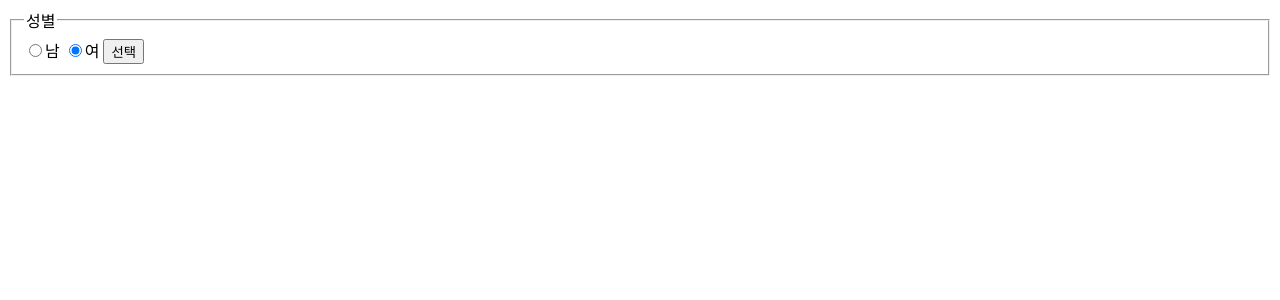
Repository: sunday1284/03_Web
Page: WebPro/src/main/webapp/1028/rdo_chk.html
An editor plug-in stored every save of this project. The page is shown before and after the next save, followed by the edit.
The browser window is 1280 px wide. The pictures show the whole page.

Above is the page before, as saved 2024-10-29 05:16:55.

After the next save:
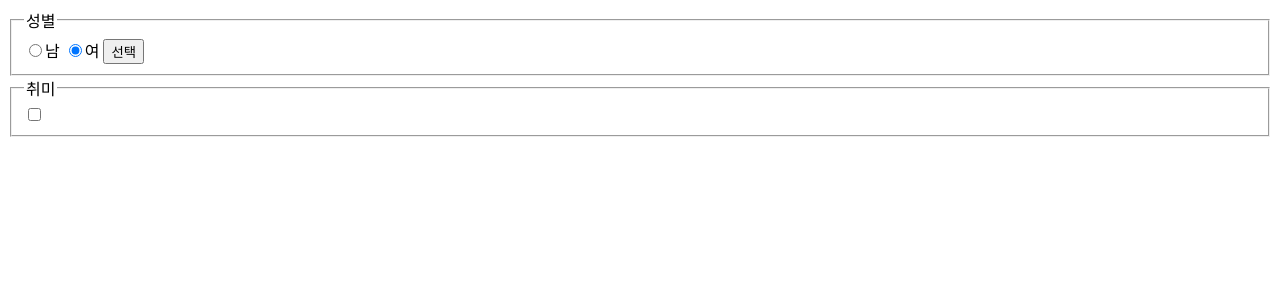
Saved 4 min 7 s later.
--- a/WebPro/src/main/webapp/1028/rdo_chk.html
+++ b/WebPro/src/main/webapp/1028/rdo_chk.html
@@ -11,7 +11,10 @@
 		<input type="radio" name="gender" value="female" checked>여
 		<input type="button" value="선택" onclick="chkRdo()">
 	</fieldset>
-
+	<fieldset>
+		<legend>취미</legend>
+		<input type = "checkbox">
+	</fieldset>
 	<script>
 	function chkRdo(){
 		//선택된 성별 정보를 alert 혹은 console의 log로 출력해보기
